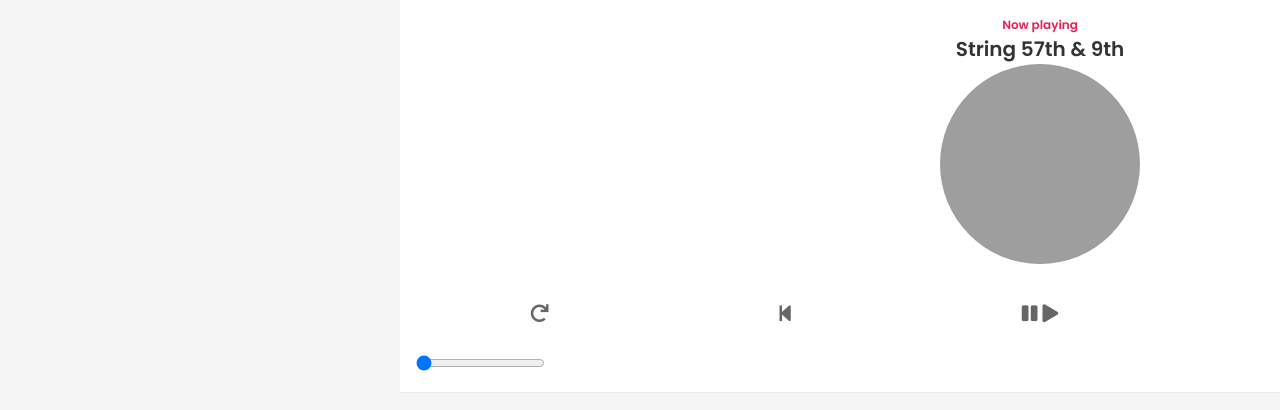
Repository: NBlue/Music_Player
Page: index.html
An editor plug-in stored every save of this project. The page is shown before and after the next save, followed by the edit.
The browser window is 1280 px wide. The pictures show the whole page.
Pictures or frames that could not be fetched are drawn as grey boxes.

Above is the page before, as saved 2021-10-12 21:59:28.

### index.html
<!DOCTYPE html>
<html lang="en">
    <head>
        <meta charset="UTF-8" />
        <meta http-equiv="X-UA-Compatible" content="IE=edge" />
        <meta name="viewport" content="width=device-width, initial-scale=1.0" />
        <title>Music player</title>
        <link
            rel="stylesheet"
            href="https://cdnjs.cloudflare.com/ajax/libs/font-awesome/5.15.2/css/all.min.css"
            integrity="sha512-HK5fgLBL+xu6dm/Ii3z4xhlSUyZgTT9tuc/hSrtw6uzJOvgRr2a9jyxxT1ely+B+xFAmJKVSTbpM/CuL7qxO8w=="
            crossorigin="anonymous"
        />
        <link rel="preconnect" href="https://fonts.gstatic.com" />
        <link
            href="https://fonts.googleapis.com/css2?family=Poppins:wght@300;400;600&display=swap"
            rel="stylesheet"
        />

        <link rel="stylesheet" href="./assets/css/style.css" />
    </head>
    <body>
        <div class="player">
            <!-- Dashboard - Bảng điều khiển -->
            <div class="dashboard">
                <!-- Header -->
                <header>
                    <h4>Now playing</h4>
                    <h2>String 57th & 9th</h2>
                </header>

                <!-- CD -->
                <div class="cd">
                    <div
                        class="cd-thumb"
                        style="
                            background-image: url(https://i.ytimg.com/vi/jTLhQf5KJSc/maxresdefault.jpg);
                        "
                    ></div>
                </div>

                <!-- Control -->
                <div class="control">
                    <div class="btn btn-repeat">
                        <i class="fas fa-redo"></i>
                    </div>
                    <div class="btn btn-prev">
                        <i class="fas fa-step-backward"></i>
                    </div>
                    <div class="btn btn-toggle-play">
                        <i class="fas fa-pause icon-pause"></i>
                        <i class="fas fa-play icon-play"></i>
                    </div>
                    <div class="btn btn-next">
                        <i class="fas fa-step-forward"></i>
                    </div>
                    <div class="btn btn-random">
                        <i class="fas fa-random"></i>
                    </div>
                </div>

                <input
                    type="range"
                    id="progress"
                    class="progress"
                    value="0"
                    step="1"
                    min="0"
                    max="100"
                />

                <audio src="" id="audio"></audio>
            </div>

            <!-- Playlist -->
            <div class="playlist">
                <div class="song">
                    <div
                        class="thumb"
                        style="
                            background-image: url(https://i.ytimg.com/vi/jTLhQf5KJSc/maxresdefault.jpg);
                        "
                    ></div>
                    <div class="body">
                        <h3 class="title">Music name</h3>
                        <p class="author">Singer</p>
                    </div>
                    <div class="option">
                        <i class="fas fa-ellipsis-h"></i>
                    </div>
                </div>
                <div class="song">
                    <div
                        class="thumb"
                        style="
                            background-image: url(https://i.ytimg.com/vi/jTLhQf5KJSc/maxresdefault.jpg);
                        "
                    ></div>
                    <div class="body">
                        <h3 class="title">Music name</h3>
                        <p class="author">Singer</p>
                    </div>
                    <div class="option">
                        <i class="fas fa-ellipsis-h"></i>
                    </div>
                </div>
                <div class="song">
                    <div
                        class="thumb"
                        style="
                            background-image: url(https://i.ytimg.com/vi/jTLhQf5KJSc/maxresdefault.jpg);
                        "
                    ></div>
                    <div class="body">
                        <h3 class="title">Music name</h3>
                        <p class="author">Singer</p>
                    </div>
                    <div class="option">
                        <i class="fas fa-ellipsis-h"></i>
                    </div>
                </div>
            </div>
        </div>
    </body>
</html>

### assets/css/style.css
:root {
    --primary-color: #ec1f55;
    --text-color: #333;
}

* {
    padding: 0;
    margin: 0;
    box-sizing: border-box;
}

body {
    background-color: #f5f5f5;
}

html {
    box-sizing: border-box;
    font-family: "Poppins", sans-serif;
}

.player {
    position: relative;
    max-width: 480px;
    margin: 0 auto;
}

.player .icon-pause {
    display: inline-block;
}

.player.playing .icon-play {
    display: none;
}

.dashboard {
    padding: 16px 16px 14px;
    background-color: #fff;
    position: fixed;
    top: 0;
    width: 100%;
    min-width: 480px;
    border-bottom: 1px solid #ebebeb;
}

/* HEADER */
header {
    text-align: center;
    border-bottom: 10px;
}

header h4 {
    color: var(--primary-color);
    font-size: 12px;
}

header h2 {
    color: var(--text-color);
    font-size: 20px;
}

/* CD */
.cd {
    display: flex;
    margin: auto;
    width: 200px;
}

.cd-thumb {
    width: 100%; /*Xét chiều rộng cho ảnh*/
    padding-bottom: 100%; /* Phải padding top hoặc botom thì ảnh mới hiện ra*/
    border-radius: 50%;
    background-color: #333;
    background-size: cover;
    margin: auto;
}

/* CONTROL */
.control {
    display: flex;
    justify-content: space-around;
    align-items: center;
    padding: 18px 0 8px 0;
}

.control .btn {
    color: #666;
    padding: 18px;
    font-size: 18px;
}

.control .btn.active {
    color: var(--primary-color);
}

.control .btn-toggle-play {
    /* width: 56px;
    height: 46px; */
}
.btn-repeat {
}
.fas {
}
.fa-redo {
}
.btn-prev {
}
.fa-step-backward {
}
.btn-toggle-play {
}
.fa-pause {
}
.icon-pause {
}
.fa-play {
}
.icon-play {
}
.btn-next {
}
.fa-step-forward {
}
.btn-random {
}
.fa-random {
}
.progress {
}
.playlist {
}
.song {
}
.thumb {
}
.body {
}
.title {
}
.author {
}
.option {
}
.fa-ellipsis-h {
}
.btn.btn-repeat {
}
.fas.fa-redo {
}
.btn.btn-prev {
}
.fas.fa-step-backward {
}
.btn.btn-toggle-play {
}
.fas.fa-pause.icon-pause {
}
.fas.fa-play.icon-play {
}
.btn.btn-next {
}
.fas.fa-step-forward {
}
.btn.btn-random {
}
.fas.fa-random {
}
.fas.fa-ellipsis-h {
}

After the next save:
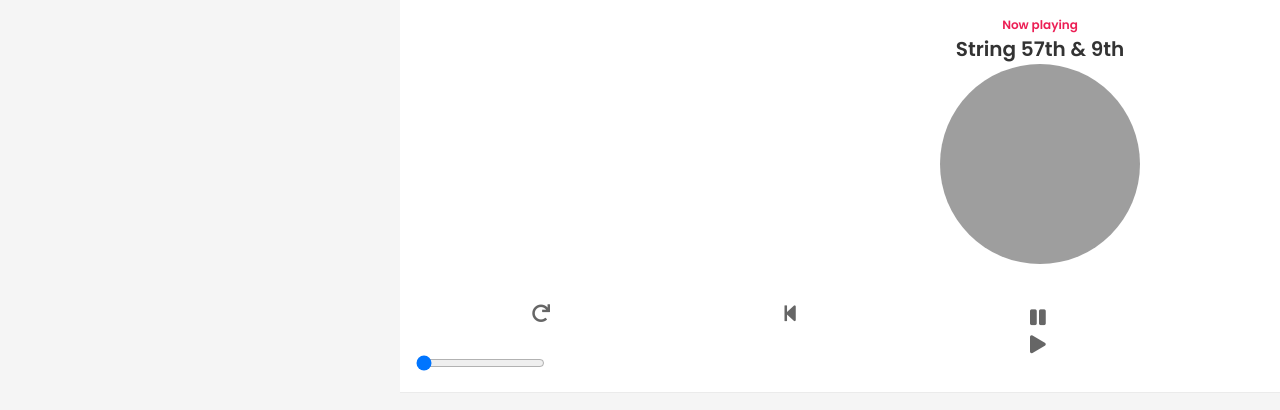
Saved 17 s later.
--- a/assets/css/style.css
+++ b/assets/css/style.css
@@ -93,8 +93,8 @@ header h2 {
 }
 
 .control .btn-toggle-play {
-    /* width: 56px;
-    height: 46px; */
+    width: 56px;
+    height: 56px;
 }
 .btn-repeat {
 }
